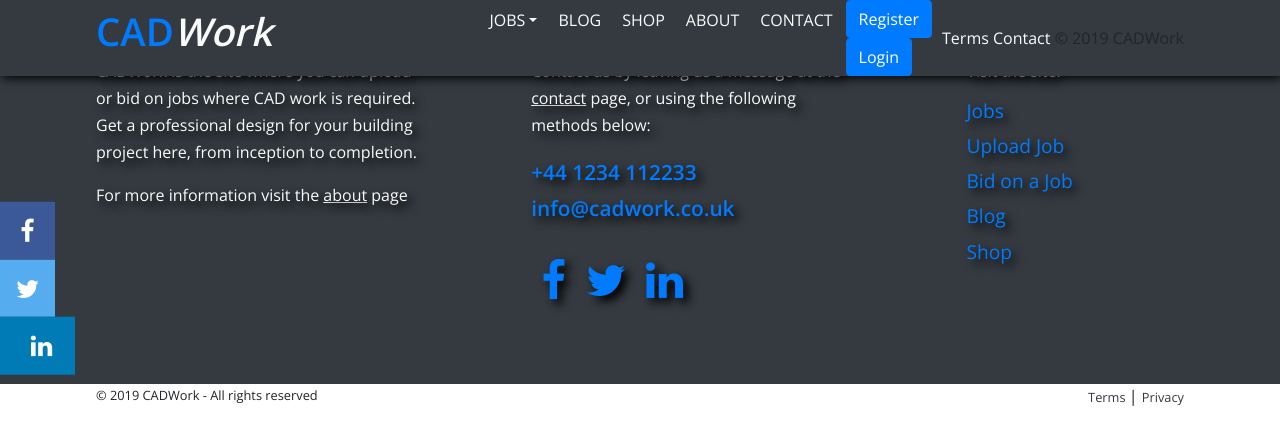
Repository: JShad30/cadwork
Page: templates/base.html
The author's editor kept a record of every edit. The page is drawn from the files as they stood at one moment, then again after the next edit.
The browser window is 1280 px wide. The pictures show the whole page.
The pointer rests on the first visible `.icon-bar-linkedin`.
The template is drawn by Django 2.2. The application's start-up code is not run. Other server files are loaded and not shown. The template is opened directly, without the code that normally fills it, so the values that code supplies are empty.

Above is the page before.

### templates/base.html
{% load staticfiles %}
<!DOCTYPE html>
<html lang="en">

<head>
	<!--Meta descriptions-->
    <meta charset="UTF-8">
    <meta name="viewport" content="width=device-width, initial-scale=1.0">
    <meta http-equiv="X-UA-Compatible" content="ie=edge">
    <meta name="description" content="Upload jobs and find a CAD Professional for your project">

    <!--Website title and description-->
    <title>CADWork</title>

    <!--Links to font awesome used for social icons and the css file and the bootstrap framework-->
    <link rel="stylesheet" href="https://stackpath.bootstrapcdn.com/bootstrap/4.3.1/css/bootstrap.min.css" integrity="sha384-ggOyR0iXCbMQv3Xipma34MD+dH/1fQ784/j6cY/iJTQUOhcWr7x9JvoRxT2MZw1T" crossorigin="anonymous">
    <link rel="stylesheet" href="https://cdnjs.cloudflare.com/ajax/libs/font-awesome/4.7.0/css/font-awesome.min.css">
    <link rel="stylesheet" href="{% static 'css/styles.css' %}">
</head>

<!--This html page will have the navbar and footer that will be used on every one of the pages-->
<body>

	<nav class="navbar navbar-expand-lg navbar-dark bg-dark">
		<div class="navbar-container">
			<div class="navbar-logo-dropdown-icon">
			    <h2 class="navbar-logo"><a class="navbar-brand" href="#"><span class="navbar-logo-blue">CAD</span><span class="navbar-logo-white">Work</span></a></h2>
			    <button class="navbar-toggler" type="button" data-toggle="collapse" data-target="#navbarNavDropdown" aria-controls="navbarNavDropdown" aria-expanded="false" aria-label="Toggle navigation">
			        <span class="navbar-toggler-icon"></span>
			    </button>
		    </div>
		    <div class="collapse navbar-collapse" id="navbarNavDropdown">
		        <ul class="navbar-nav ml-1">
		        	<li class="nav-item">
		                <a class="nav-link dropdown-toggle" href="#" id="navbarDropdownMenuLink" role="button" data-toggle="dropdown" aria-haspopup="true" aria-expanded="false">Jobs</a>
		        		<div class="dropdown-menu bg-dark" aria-labelledby="navbarDropdownMenuLink">
				            <a class="dropdown-item pl-3" href="#">Upload</a>
				            <a class="dropdown-item pl-3" href="#">Bid</a>
		        		</div>
		      		</li>
		            <li class="nav-item">
		                <a class="nav-link" href="#">Blog</a>
		            </li>
		            <li class="nav-item">
		                <a class="nav-link" href="#">Shop</a>
		            </li>
		            <li class="nav-item">
		                <a class="nav-link" href="#">About</a>
		            </li>
		            <li class="nav-item">
		                <a class="nav-link" href="#">Contact</a>
		            </li>
		            <!--Buttons that link to pages allowing the user to sign up or login to their membership area-->

	                {% if user.is_authenticated %}
	                <!--Account link which only appears if user is logged in-->
	                <div class="nav-item">
	                	<a class="nav-link" href="#">Account</a>
	                </div>
	                <div class="nav-item">
	                	<button class="btn btn-info" href="#" role="button">Logout</button>
	                </div>

		            {% else %}
		            <div class="nav-item">
	                	<button class="btn btn-primary" href="#" role="button">Register</button>
	                	<button class="btn btn-primary" href="#" role="button">Login</button>
	                </div>
		            {% endif %}
		    	</ul>
		    	<!--Contact and about page only appears in mobile views-->
		        <div class="contact-about-navbar">
		          	<div class="contact-about-navbar-links">
			            <a id="terms-navbar" class="terms-privacy-link" href="#">Terms</a>
			            <a id="privacy-navbar" class="terms-privacy-link" href="#">Contact</a>
			            <span class="contact-about-link">&#169; 2019 CADWork</span>
			        </div>
		        </div>
		  	</div>
		</div>
	</nav>

    <!--These social icons only display where the website is being displayed on mobile views -->
    <div class="icon-bar-desktop-views">
		<a href="https://www.facebook.com/" target="_blank" class="icon-bar-facebook"><i class="fa fa-facebook"></i></a>
		<a href="https://twitter.com/" target="_blank" class="icon-bar-twitter"><i class="fa fa-twitter"></i></a>
		<a href="https://www.linkedin.com/?hl=en" target="_blank" class="icon-bar-linkedin"><i class="fa fa-linkedin"></i></a>
	</div>

    {% block content %}
    {% endblock %}

    <footer class="footer">
		<div class="footer-top">
			<div class="footer-container">
	            <!--Links at the top of the footer section-->
				<div class="footer-top-areas">
					<!--Select the recipes by meal type-->
					<div class="footer-section">
						<h3 class="footer-header">About Us</h3>
						<p class="footer-paragraph">CADWork is the site where you can upload or bid on jobs where CAD work is required. Get a professional design for your building project here, from inception to completion.</p>
						<p class="footer-paragraph">For more information visit the <span class="footer-about-contact-link"><a href="#">about</a></span> page</p>
					</div>
					<!--Select recipes by allergen requirements-->
					<div class="footer-section">
						<h3 class="footer-header">Contact Us</h3>
						<p class="footer-paragraph">Contact us by leaving us a message at the <span class="footer-about-contact-link"><a href="#">contact</a></span> page, or using the following methods below:</p>
						<div class="footer-contact options">
							<p class="footer-paragraph" id="footer-paragraph-phone"><a href="tel://+441234112233">+44 1234 112233</a></p>
							<p class="footer-paragraph" id="footer-paragraph-email"><a href="mailto:info@cadwork.co.uk">info@cadwork.co.uk</a></p>
						</div>
						<!--Social links in the footer-->
						<div class="footer-social">
			                <ul class="social-links">
			                    <li class="social"><a class="dropdown-content-link social-link" href="https://www.facebook.com/" target="_blank"><i class="fa fa-facebook"></i></a></li>
			                    <li class="social"><a class="dropdown-content-link social-link" href="https://twitter.com/" target="_blank"><i class="fa fa-twitter"></i></a></li>
			                    <li class="social"><a class="dropdown-content-link social-link" href="https://www.linkedin.com/?hl=en" target="_blank"><i class="fa fa-linkedin"></i></a></li>
			                </ul>
			            </div>

					</div>
					<!--Allow the user to select the pages that show the most recent and the most popular recipes-->
					<div class="footer-section" id="footer-about-section">
						<h3 class="footer-header">Useful Links</h3>
						<p class="footer-paragraph">Visit the site:</p>
						<div class="footer-contact options">
							<p class="footer-paragraph footer-link"><a href="#">Jobs</a></p>
							<p class="footer-paragraph footer-link"><a href="#">Upload Job</a></p>
							<p class="footer-paragraph footer-link"><a href="#">Bid on a Job</a></p>
							<p class="footer-paragraph footer-link"><a href="#">Blog</a></p>
							<p class="footer-paragraph footer-link"><a href="#">Shop</a></p>
						</div>
					</div>
				</div>
			</div>
		</div>
		<!--Bottom section of the footer-->
		<div class="footer-bottom">
			<div class="footer-container">
	            <div class="footer-statement">
	            	<!--Copyright statement-->
	            	<p class="statement">&#169; 2019 CADWork - All rights reserved</p>
	            	<div class="footer-contact-about">
						<p class="footer-contact-about-links">
							<!--Links to the contact and about pages-->
							<span class="footer-contact-about-links-span"><a id="about-footer" class="terms-about-link" href="#">Terms </a></span><span class="footer-contact-about-links-divider">|</span>
				            <span class="footer-contact-about-links-span"><a id="contact-footer" class="terms-about-link" href="#">Privacy</a></span>
				        </p>
					</div>
	            </div>
	        </div>
		</div>
	</footer>

    <!--Scripts to run-->
    <script src="https://code.jquery.com/jquery-3.3.1.slim.min.js" integrity="sha384-q8i/X+965DzO0rT7abK41JStQIAqVgRVzpbzo5smXKp4YfRvH+8abtTE1Pi6jizo" crossorigin="anonymous"></script>
    <script src="https://cdnjs.cloudflare.com/ajax/libs/popper.js/1.14.7/umd/popper.min.js" integrity="sha384-UO2eT0CpHqdSJQ6hJty5KVphtPhzWj9WO1clHTMGa3JDZwrnQq4sF86dIHNDz0W1" crossorigin="anonymous"></script>
    <script src="https://stackpath.bootstrapcdn.com/bootstrap/4.3.1/js/bootstrap.min.js" integrity="sha384-JjSmVgyd0p3pXB1rRibZUAYoIIy6OrQ6VrjIEaFf/nJGzIxFDsf4x0xIM+B07jRM" crossorigin="anonymous"></script>

</body>

</html>

### static/css/styles.css
/*Font style imports*/

/*Colours to use in site*/
/*
blue colour - #007bff
dark grey - #343a40
White colour - #FAFAFA
*/

/*Importing the fonts */

/* Open Sans font to be used throughout the site */
@import url('https://fonts.googleapis.com/css?family=Open+Sans:400,600&display=swap');

/* Titillium web to be used for the headers throughout the site */
@import url('https://fonts.googleapis.com/css?family=Titillium+Web:400,700&display=swap');

/* Global styles styles*/

* {
    margin: 0;
    font-family: "Open Sans", sans-serif;
}

h1, h2, h3, h4, h5, h6 {
    font-family: "Titillium Web", sans-serif;
}







/*---------- Navbar ----------*/
.navbar {
    display: flex;
    justify-content: center;
    position: fixed;
    width: 100%;
    padding: 0;
    box-shadow: 2px 2px 10px #000000;
}

.nav-item {
    display: flex;
    flex-direction: column;
    justify-content: flex-start;
    width: 100%;
    align-items: flex-start;
}

.nav-buttons {
    margin: 20px 0;
    display: flex;
    flex-direction: row;
}

.dropdown-menu {
    position: absolute;
    width: 100%;
    border-color: rgba(255,255,255,0.1);
    border-width: 0.4px;
    width: 150px;
    border-radius: 0;
    border: 0.5px;
}

.dropdown-item {
    text-transform: uppercase;
    color: #FAFAFA;
}

.dropdown-item:hover {
    background-color: #343a40;
}

.btn-primary {
    font-size: 1.4em;
    margin-right: 20px;
}

.dropdown-item:hover {
    color: #007bff;
}

.navbar-container {
    width: 85%;
    max-width: 1200px;
}

.navbar-logo-dropdown-icon {
    height: 70px;
    display: flex;
    flex-direction: row;
    justify-content: space-between;
    align-items: center;
}

.navbar-logo a {
    font-size: 1.2em;
    font-weight: 600;
}

.navbar-logo-blue {
    color: #007bff;
}

.navbar-logo-white {
    color: #FAFAFA;
    font-style: italic;
}

.navbar-dark .nav-item .nav-link {
    text-transform: uppercase;
    color: #fafafa;
    font-weight: 400;
    font-size: 1em;
    margin-right: 5px;
    transition-duration: 0.1s;
    transition-timing-function: ease-in-out;
}

.navbar-dark .nav-item .nav-link:hover {
    transition-property: color;
    color: #007bff;
    transition-duration: 0.1s;
    transition-timing-function: ease-in-out;
}

.terms-privacy-navbar-links {
    display: flex;
    flex-direction: row;
    justify-content: space-between;
    padding: 20px 0;
}

.navbar-social-link .social-link i {
    color: #FAFAFA;
    font-size: 2em;
    margin: 10px 10px 10px 0;
    transition-duration: 0.1s;
    transition-timing-function: ease-in-out;
}

.navbar-social-link .social-link i:hover {
    color: #007bff;
    transition-duration: 0.1s;
    transition-timing-function: ease-in-out;
}

.terms-privacy-navbar a:hover {
    color: #007bff;
    text-decoration: none;
}

.terms-privacy-link {
    color: #FAFAFA;
}

.terms-privacy-navbar-divider {
    color: #FAFAFA;
}

/*---------- End of social icons at the side of the page in desktop views ----------*/







/*----------Social link bar----------*/
.icon-bar-desktop-views {
    top: 40%;
    position: fixed;
    -webkit-transform: translateY(-50%);
    -ms-transform: translateY(-50%);
    transform: translateY(-50%);
}

.icon-bar-desktop-views a {
    display: none;
    text-align: center;
    transition-timing-function: ease-in-out;
    padding: 10px 12px;
    transition-duration: 0.1s;
    color: white;
    font-size: 25px;
}

.icon-bar-facebook {
    background-color: #3B5998;
    color: #FFFFFF;
    width: 55px;
    transition-property: width;
    transition-timing-function: ease-in-out;
}

.icon-bar-facebook:hover {
    transition-property: width;
    transition-timing-function: ease-in-out;
    width: 75px;
}

.icon-bar-twitter {
    background-color: #55ACEE;
    color: #FFFFFF;
    width: 55px;
    transition-property: width;
    transition-timing-function: ease-in-out;
}

.icon-bar-twitter:hover {
    transition-property: width;
    transition-timing-function: ease-in-out;
    width: 75px;
}

.icon-bar-linkedin {
    background-color: #007bb5;
    color: #FFFFFF;
    width: 55px;
    transition-property: width;
    transition-timing-function: ease-in-out;
}

.icon-bar-linkedin:hover {
    transition-property: width;
    transition-timing-function: ease-in-out;
    width: 75px;
}

.icon-bar-facebook:hover,
.icon-bar-twitter:hover,
.icon-bar-linkedin:hover {
    padding-left: 20px;
}
/*----------End of Social link bar----------*/






/*---------- Footer ----------*/
.footer {
    display: flex;
    flex-direction: column;
    align-items: center;
}

.footer-bottom {
    width: 100%;
    display: flex;
    justify-content: center;
}

.footer-top {
    width: 100%;
    background-color: #343a40;
    display: flex;
    justify-content: center;
}

.footer-container {
    width: 85%;
    max-width: 1200px;
}

.footer-top-container {
    margin-top: 2.5em;
}

.footer-bottom-container {
    margin-top: 1em;
}

.footer-section {
    margin-bottom: 3em;
}

.footer-header {
    color: #FAFAFA;
    font-size: 2em;
    margin-bottom: .6em;
    text-shadow: 5px 5px 10px #000000;
}

.footer-paragraph {
    color: #FAFAFA;
    font-size: 1em;
    line-height: 1.7em;
    text-shadow: 5px 5px 10px #000000;
}

.footer-paragraph a {
    transition-duration: 0.1s;
    transition-timing-function: ease-in-out;
}

.footer-link {
    font-size: 1.2em;
    line-height: 1em;
}

.footer-paragraph a:hover {
    transition-property: color;
    color: #FAFAFA;
    transition-duration: 0.1s;
    transition-timing-function: ease-in-out;
    text-decoration: none;
}

.footer-paragraph span {
    text-decoration: underline;
}

.footer-paragraph span a {
    color: #FAFAFA;
    transition-duration: 0.1s;
    transition-timing-function: ease-in-out;
}

.footer-paragraph span a:hover {
    transition-property: color;
    color: #007bff;
    transition-duration: 0.1s;
    transition-timing-function: ease-in-out;
}

#footer-paragraph-phone,
#footer-paragraph-email {
    font-size: 1.3em;
    font-weight: 600;
    margin-bottom: 0;
    color: #007bff;
}

/*Social links at the top of the footer*/
.footer-social {
    width: 100%;
    display: flex;
    justify-content: left;
    align-items: center;
    min-height: 50px;
    margin: 30px 0;
}

.social-links {
    padding: 20px;
    display: flex;
    flex-direction: row;
    justify-content: space-around;
    padding: 0;
    margin: 0;
    list-style-type: none;
}

.social {
    margin: 0 10px;
}

.social-links li a {
    text-decoration: none;
}

.social-links li a i {
    font-size: 2.7em;
    display: flex;
    transition-duration: 0.1s;
    transition-timing-function: ease-in-out;
    color: #007bff;
    text-shadow: 5px 5px 10px #000000;
}

.social-links li a i:hover {
    transition-property: color;
    transition-duration: 0.1s;
    transition-timing-function: ease-in-out;
    color: #FAFAFA;
}

/* Footer copyright and terms and privacy links at the bottom*/
.footer-statement {
    display: flex;
    justify-content: space-between;
}

.statement,
.footer-contact-about-links-span {
    font-size: 0.8em;
}

.statement {
    display: flex;
    align-items: center;
}

.footer-contact-about-links-span a {
    color: #343a40;
    transition-duration: 0.1s;
    transition-timing-function: ease-in-out;
}

.footer-contact-about-links-span a:hover {
    text-decoration: none;
    color: #007bff;
    transition-duration: 0.1s;
    transition-timing-function: ease-in-out;
}

/*---------- End of Footer ----------*/









/*---------- Larger screen sizes ----------*/
/* Horizontal mobile screens */
@media(min-width: 500px) {
}

/*tablet screens*/
@media(min-width: 768px) {

    /*---------- Footer sections ----------*/
    .footer-top-areas {
        display: flex;
        flex-direction: row;
        justify-content: space-between;
    }

    .footer-section {
        width: 30%;
    }

    #footer-about-section {
        width: 20%;
    }
    /*---------- End of Footer sections ----------*/
}

/*Large tablet and small laptop screens*/
@media(min-width: 992px) {
    /*----------Navbar----------*/
    .navbar {
        padding: 0;
    }

    .navbar-container {
        display: flex;
        flex-direction: row;
        justify-content: space-between;
    }

    .terms-privacy-navbar {
        display: none;
    }

    .btn-primary {
        font-size: 1em;
        margin-right: 10px;
    }

    .nav-buttons {
        margin: 0;
    }

    .navbar-social-link {
        display: none;
    }

    .navbar-collapse {
        justify-content: flex-end;
    }

    /*----------Social link bar display----------*/
    .icon-bar-desktop-views a {
        display: block;
    }
    /*End of social link bar display*/
    /*----------End of Navbar in laptop and desktop views-----------*/

}

/*Larger laptop and desktop screens*/
@media(min-width: 1224px) {
}

After the next edit:
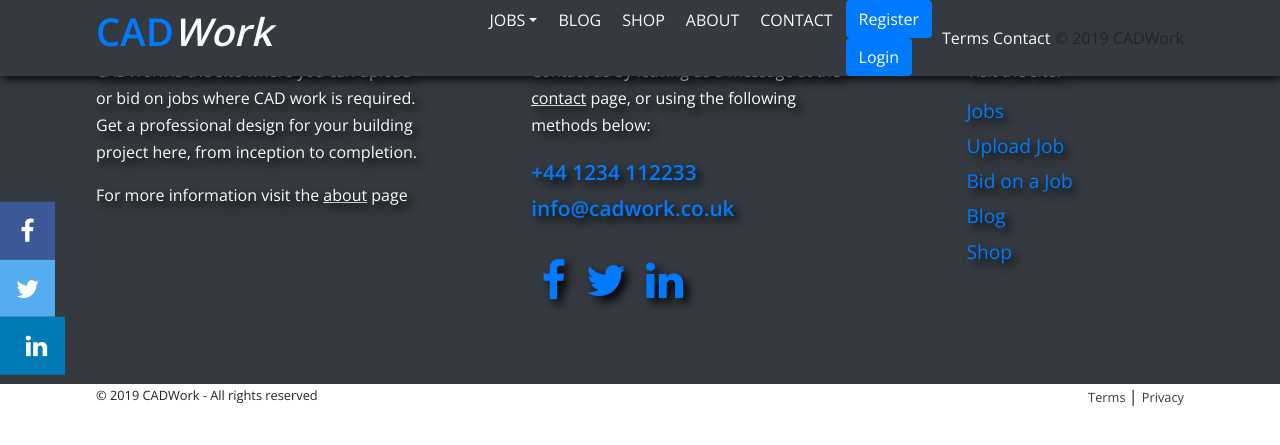
The edit:
--- a/static/css/styles.css
+++ b/static/css/styles.css
@@ -228,7 +228,7 @@
 .icon-bar-linkedin:hover {
     transition-property: width;
     transition-timing-function: ease-in-out;
-    width: 75px;
+    width: 65px;
 }
 
 .icon-bar-facebook:hover,
